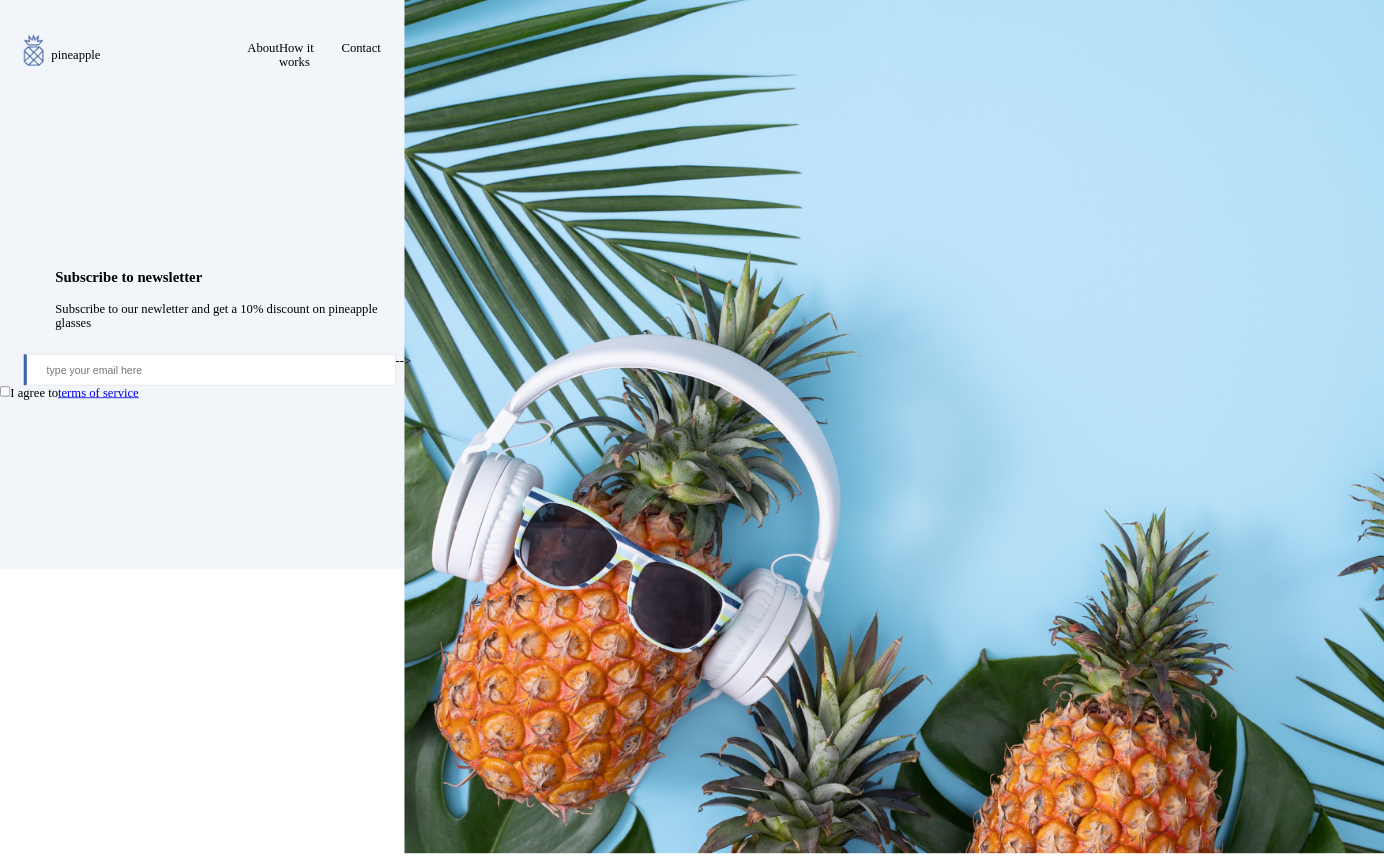
Repository: PaulsBebris/megabit-task
Page: /
The author's editor kept a copy of each file at every save. The page is drawn from the files as they stood at one save, then again after the next save.
The browser window is 1280 px wide. The page is 1752 px wide, so the pictures cover 1752 px, including what lies to the right of the window. The pictures show the whole page, at 79% of full size.
The project was rebuilt for these pictures with package versions that can differ from the ones it lists, and the page was loaded fresh each time.

Above is the page before, as saved 2021-04-19 13:48:35.

### src/App.vue
<template>
  <div id="app">
    <!-- <div id="nav">
      <router-link to="/">Home</router-link> |
      <router-link to="/about">About</router-link>
    </div> -->
    <router-view/>
  </div>
</template>

<style lang="scss">
// normalize
* {
  padding: 0;
  margin: 0;
  box-sizing: border-box;
}
// #app {
//   font-family: Avenir, Helvetica, Arial, sans-serif;
//   -webkit-font-smoothing: antialiased;
//   -moz-osx-font-smoothing: grayscale;
//   text-align: center;
//   color: #2c3e50;
// }

// #nav {
//   padding: 30px;

//   a {
//     font-weight: bold;
//     color: #2c3e50;

//     &.router-link-exact-active {
//       color: #42b983;
//     }
//   }
// }
</style>

### src/router/index.js
import Vue from 'vue'
import VueRouter from 'vue-router'
import Home from '../views/Home.vue'

Vue.use(VueRouter)

const routes = [
  {
    path: '/',
    name: 'Home',
    component: Home
  }
]

const router = new VueRouter({
  routes
})

export default router

// {
// path: '/about',
// name: 'About',
// route level code-splitting
// this generates a separate chunk (about.[hash].js) for this route
// which is lazy-loaded when the route is visited.
// component: () => import(/* webpackChunkName: "about" */ '../views/About.vue')
// }

### src/views/Home.vue
<template>
  <div class="home">
    <div class="base">
      <div class="header-wrapper">
        <div class="logo">
          <img src="../assets/img/pineapple.png" alt="">
          <span>pineapple</span>
        </div>
        <div class="main-menu">
          <div>About</div>
          <div>How it works</div>
          <div>Contact</div>
        </div>
      </div>
      <div class="content-wrapper">
        <h3>Subscribe to newsletter</h3>
        <p>Subscribe to our newletter and get a 10% discount on pineapple glasses</p>
      </div>
      <div class="subscribe-form-wrapper">
        <input type="text" placeholder="type your email here" @click="onSubscribe" v-model="email" >
        <div class="submit-button">
          <span>--></span>
        </div>
      </div>
      <div class="terms-of-use">
        <input type="checkbox" name="agreedOnTerms" id="">I agree to<a href="#">terms of service</a>
      </div>
      <div class="social-wrapper"></div>
    </div>
    <div class="base-image">
      <img :src=sommer alt="">
    </div>
  </div>
</template>

<script>
import sommer from '@/assets/img/sommer.png'

export default {
  name: 'Home',
  components: {},
  data () {
    return {
      sommer,
      email: ''
    }
  },
  methods: {
    onSubscribe () {
      // axios send data
    }
  }
}
</script>

<style lang="scss" scoped>
@import "../assets/scss/defaults.scss";
.home {
  display: grid;
  grid-template-columns: 3fr 1fr;
  grid-template-rows: 100vh;
  max-height: 1080px;
  // color: $blue;
  background-color: $light-blue;
}
.base {
  width: 40vw;
  height: 1080px;
}
.base-image {
  width: 60vw;
}
.base-image img {
  max-height: 1080px;
}
.header-wrapper {
  display: flex;
  justify-content: space-between;
  margin: 50px 0 250px 0;
  align-items: center;
}
.logo {
  margin-left: 30px;
  display: flex;
  align-items: center;
}
.logo img {
  margin-right: 10px;
  position: relative;
  top: -7px;
}
.main-menu {
  margin-right: 30px;
  display: flex;
  justify-content: space-between;
  width: 33%;
}
.content-wrapper {
  padding-left: 70px;
}
.content-wrapper :first-child {
  margin-bottom: 20px;
}
.content-wrapper p {
  margin-bottom: 30px;
}
.subscribe-form-wrapper {
  display: flex;
  justify-content: right;
  width: 42vw;
}
.subscribe-form-wrapper input {
  border: none;
  border-left: 4px solid $blue;
  padding-left: 25px;
  margin-left: 30px;
  height: 40px;
  z-index: 2;
  width: 90%;
  border-top: 1px solid $light-grey;
  border-bottom: 1px solid $light-grey;
  border-right: 1px solid $light-grey;
}
.submit-button {
  z-index: 2;
  width: 38px;
}

// mobile
@media screen and (max-width: 1024px) {
  .base-image {
    display: none;
  }
  .base {
    width: 100vw;
    background-image: url('../assets/img/sommer.png');
    background-repeat: no-repeat;
    background-position: center;
    background-attachment: fixed;
    background-size: cover;
    max-height: 746px;
  }
}
</style>

### src/assets/scss/_defaults.scss
$blue: #4066A5;
$black: #131821;
$grey: #6A707B;
$light-grey: #E3E3E4;
$light-blue: #F2F5FA;

Loaded but not shown: public/index.html (common file); src/main.js (common file); src/store/index.js (common file)

After the next save:
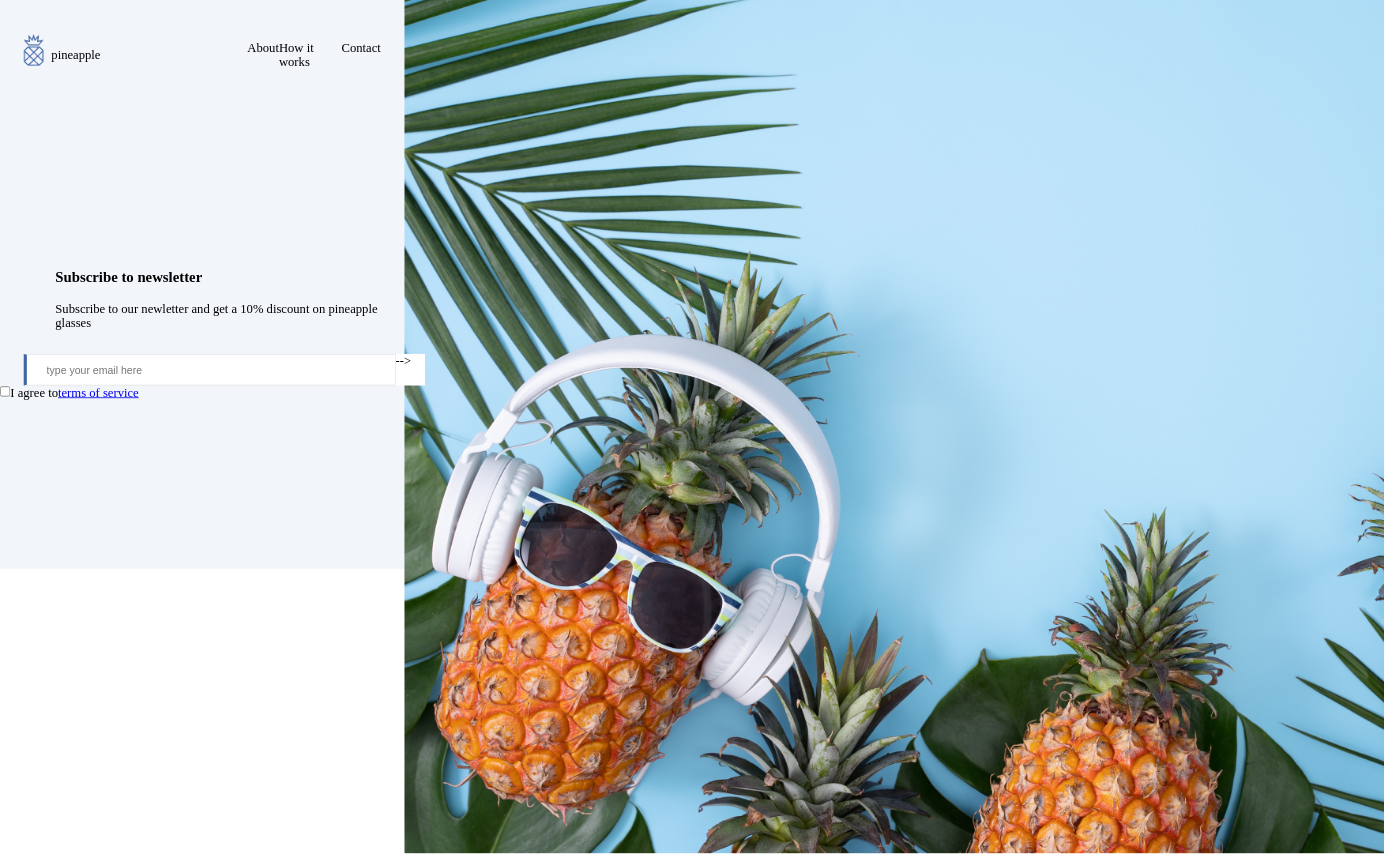
Saved 71 s later.
--- a/src/views/Home.vue
+++ b/src/views/Home.vue
@@ -124,6 +124,8 @@ export default {
 .submit-button {
   z-index: 2;
   width: 38px;
+  background-color: #fff;
+  border: 1px siolid $light-grey;
 }
 
 // mobile
